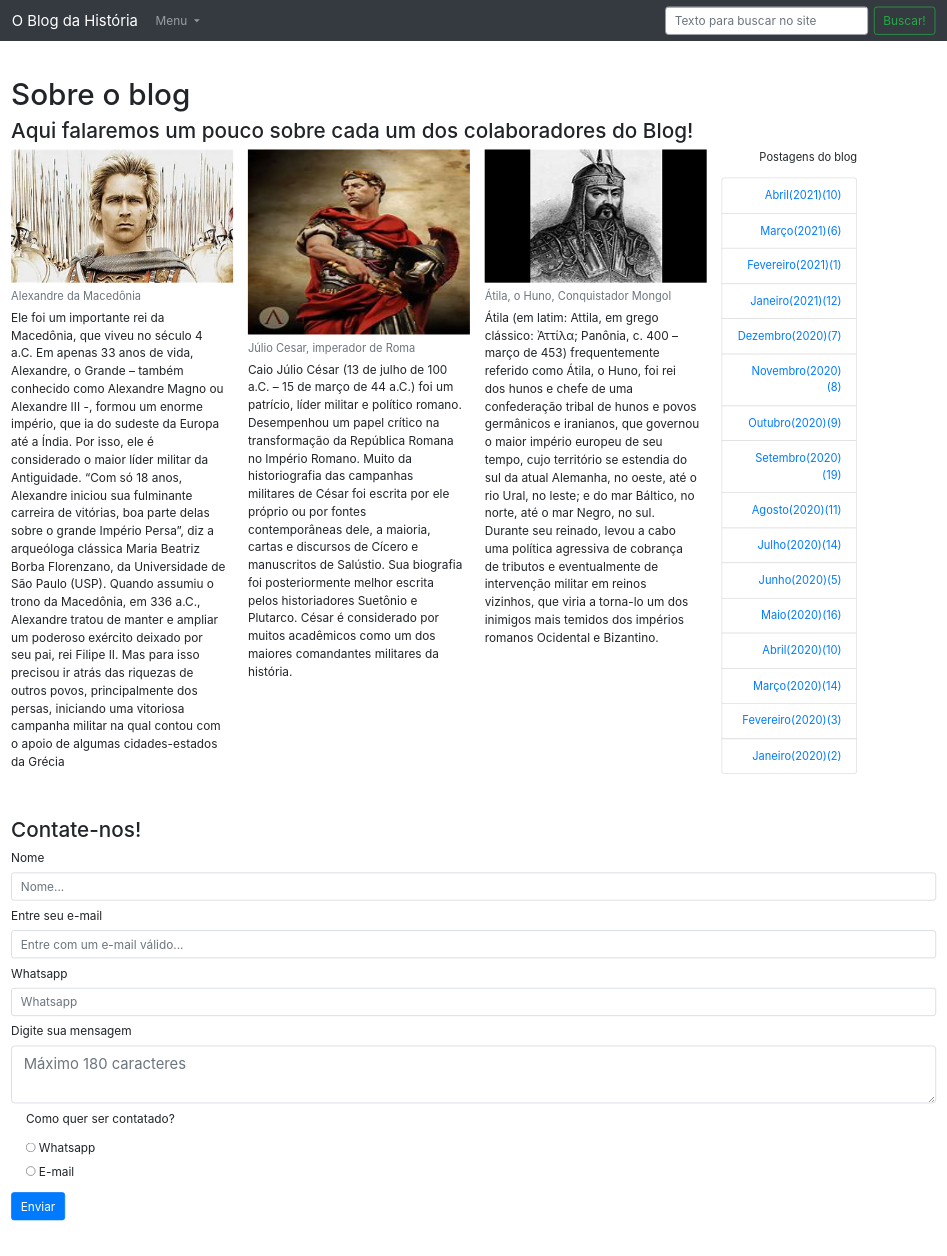
Repository: xhenrique/blog_layout_bootstrap
Page: source/sobre.html
The author's editor kept a copy of each file at every save. The page is drawn from the files as they stood at one save, then again after the next save.
The browser window is 1280 px wide. The pictures show the whole page, at 74% of full size.

Above is the page before, as saved 2021-04-25 03:38:19.

### source/sobre.html
<!DOCTYPE html>
<html lang="pt-br">
  <head>
    <meta charset="utf-8">
    <!-- Meta tags Obrigatórias , initial-scale=1, shrink-to-fit=no -->

    <meta name="viewport" content="width=device-width">

    <!-- Bootstrap CSS -->
    <link rel="stylesheet" href="https://stackpath.bootstrapcdn.com/bootstrap/4.1.3/css/bootstrap.min.css" integrity="sha384-MCw98/SFnGE8fJT3GXwEOngsV7Zt27NXFoaoApmYm81iuXoPkFOJwJ8ERdknLPMO" crossorigin="anonymous">
    <title>O Blog da História</title>
  </head>
  <body>
    <nav class="navbar navbar-expand-md navbar-dark bg-dark sticky-top">
        <a class = "navbar-brand" href="index.html">O Blog da História</a>

        <!--Especificações do que é cada um dos atributos!!!!!
            "aria-controls": define a relação entre os elementos, um elemento é pai e o outro filho, deve ser definido no pai, relacionando o filho;
            "data-target" : Define o que será exibido quando clicar na opção do menu;
            "data-toggle" : o que vai acontecer quando eu clicar em cima do botão, collapse, por exemplo, faz o botão expandir e retrair as opções;
            "aria-expanded" : Flag para o navegador informando que o elemento não está expandido;
            "aria-label" : é usado para definir uma string na tag do elemento atual.
        -->
        <button title="Menu" class="navbar-toggler" type="button" data-toggle="collapse" data-target="#navbarCfg" aria-controls="navbarCfg">
            <span class="navbar-toggler-icon"></span>
        </button>
        <div class="collapse navbar-collapse" id="navbarCfg">
            <ul class="navbar-nav mr-auto">
                <a class="nav-link dropdown-toggle" href="#" id="navbarDropdown" role="button" data-toggle="dropdown" aria-haspopup="true" aria-expanded="false">
                Menu
                </a>
                <div class="dropdown-menu" aria-labelledby="navbarDropdown">
                <a class="dropdown-item" href="index.html">Início</a>
                <a class="dropdown-item" href="sobre.html">Sobre</a>
                <a class="dropdown-item" href="posts.html">Postagens</a>
                <div class="dropdown-divider"></div>
                <p style="text-align: left; padding-left: 10px;"> Criado por: José Xavier<br/>UFPA - 2021</p>
                </div>
            </ul>
            <form class="form-inline my-2 my-lg-0">
            <input class="form-control mr-sm-2" type="search" placeholder="Texto para buscar no site" aria-label="Search">
            <button class="btn btn-outline-success my-2 my-sm-0" type="submit">Buscar!</button>
            </form>
        </div>
    </nav>

    <div class="container-fluid" id="sobreContainer">
        <div id="sobre_o_blog" class="text-left">
            <br/>
            <br/>
            <h1>Sobre o blog</h1>
            <h3>Aqui falaremos um pouco sobre cada um dos colaboradores do Blog!</h3>
        </div>
        <div class="row d-flex">
            <div class="col-md-3">
                <img class="figure-img" src="../img/alexandre.jpg" alt="Xandão"  style="height: 180px; width: 300px">
                <figcaption class="figure-caption" style="font-size: 15px; margin-bottom: 5px;">
                    Alexandre da Macedônia
                </figcaption>
                <p>Ele foi um importante rei da Macedônia, que viveu no século 4 a.C. Em apenas 33 anos de vida, Alexandre, o Grande – também conhecido como Alexandre Magno ou Alexandre III -, formou um enorme império, que ia do sudeste da Europa até a Índia. Por isso, ele é considerado o maior líder militar da Antiguidade. “Com só 18 anos, Alexandre iniciou sua fulminante carreira de vitórias, boa parte delas sobre o grande Império Persa”, diz a arqueóloga clássica Maria Beatriz Borba Florenzano, da Universidade de São Paulo (USP). Quando assumiu o trono da Macedônia, em 336 a.C., Alexandre tratou de manter e ampliar um poderoso exército deixado por seu pai, rei Filipe II. Mas para isso precisou ir atrás das riquezas de outros povos, principalmente dos persas, iniciando uma vitoriosa campanha militar na qual contou com o apoio de algumas cidades-estados da Grécia</p>
            </div>
            <div class="col-md-3">
                <img class="figure-img" src="../img/th.jfif" alt="imperador" style="height: 250px; width: 300px">
                <figcaption class="figure-caption" style="font-size: 15px; margin-bottom: 5px;">
                    Júlio Cesar, imperador de Roma
                </figcaption>
                <p>Caio Júlio César (13 de julho de 100 a.C. – 15 de março de 44 a.C.) foi um patrício, líder militar e político romano. Desempenhou um papel crítico na transformação da República Romana no Império Romano. Muito da historiografia das campanhas militares de César foi escrita por ele próprio ou por fontes contemporâneas dele, a maioria, cartas e discursos de Cícero e manuscritos de Salústio. Sua biografia foi posteriormente melhor escrita pelos historiadores Suetônio e Plutarco. César é considerado por muitos acadêmicos como um dos maiores comandantes militares da história.</p>
            </div>
            <div class="col-md-3">
                <img class="figure-img" src="../img/atila.jpg" alt="o_huno" style="height: 180px; width: 300px">
                <figcaption class="figure-caption" style="font-size: 15px; margin-bottom: 5px;">
                        Átila, o Huno, Conquistador Mongol
                </figcaption>
                <p>Átila (em latim: Attila, em grego clássico: Ἀττίλα; Panônia, c. 400 – março de 453) frequentemente referido como Átila, o Huno, foi rei dos hunos e chefe de uma confederação tribal de hunos e povos germânicos e iranianos, que governou o maior império europeu de seu tempo, cujo território se estendia do sul da atual Alemanha, no oeste, até o rio Ural, no leste; e do mar Báltico, no norte, até o mar Negro, no sul. Durante seu reinado, levou a cabo uma política agressiva de cobrança de tributos e eventualmente de intervenção militar em reinos vizinhos, que viria a torna-lo um dos inimigos mais temidos dos impérios romanos Ocidental e Bizantino.</p>
            </div>
                <div class="col-md-2">
                    <div class="text-right" style="font-size: 15px;">
                        <p>Postagens do blog</p>
                        <ul class="list-group">
                            <!--Javascript provavelmente entraria aqui, iterando sobre uma lista/matriz e exibindo a quantida de postagens por mês/ano-->
                            <li class="list-group-item"><a href="">Abril(2021)(10)</a></li>
                            <li class="list-group-item"><a href="">Março(2021)(6)</a></li>
                            <li class="list-group-item"><a href="">Fevereiro(2021)(1)</a></li>
                            <li class="list-group-item"><a href="">Janeiro(2021)(12)</a></li>
                            <li class="list-group-item"><a href="">Dezembro(2020)(7)</a></li>
                            <li class="list-group-item"><a href="">Novembro(2020)(8)</a></li>
                            <li class="list-group-item"><a href="">Outubro(2020)(9)</a></li>
                            <li class="list-group-item"><a href="">Setembro(2020)(19)</a></li>
                            <li class="list-group-item"><a href="">Agosto(2020)(11)</a></li>
                            <li class="list-group-item"><a href="">Julho(2020)(14)</a></li>
                            <li class="list-group-item"><a href="">Junho(2020)(5)</a></li>
                            <li class="list-group-item"><a href="">Maio(2020)(16)</a></li>
                            <li class="list-group-item"><a href="">Abril(2020)(10)</a></li>
                            <li class="list-group-item"><a href="">Março(2020)(14)</a></li>
                            <li class="list-group-item"><a href="">Fevereiro(2020)(3)</a></li>
                            <li class="list-group-item"><a href="">Janeiro(2020)(2)</a></li>
                        </ul>
                    </div>
                </div>
        </div>

        <form>
            <br/>
            <br/>

            <h3>
                Contate-nos!
            </h3>
            <div class="mb-2">
                <label for="nameInput" class="form-label">Nome</label>
                <input type="text" placeholder="Nome..." class="form-control" id="nameInput"  required>
            </div>
            <div class="mb-2">
                <label for="inputEmail" class="form-label">Entre seu e-mail</label>
                <input type="email" placeholder="Entre com um e-mail válido..." class="form-control" id="inputEmail"  required>
            </div>
              <div class="mb-2">
                <label for="wppInput" class="form-label">Whatsapp</label>
                <input type="tel" placeholder="Whatsapp" class="form-control" id="wppInput">
              </div>
              <div class="mb-2">
                <label for="msgInput" class="form-label">Digite sua mensagem</label>
                <textarea type="text" placeholder="Máximo 180 caracteres" maxlength="180" class="form-control form-control-lg" id="msgInput"></textarea>
              </div>
              <div class="mb-2 form-check">
                  <p>Como quer ser contatado?</p>
                  <input type="radio" id="wpp" name="whatsapp" value="Whatsapp">
                  <label for="wpp">Whatsapp</label><br>
                  <input type="radio" id="e-mail" name="email" value="E-mail">
                  <label for="e-mail">E-mail</label><br>
              </div>
              <button class="btn btn-primary" type="submit" aria-label="btnSubmmit">Enviar</button>
              <br>
              <br>
              <br>
        </form>
    </div>


    <!-- JavaScript (Opcional) -->
    <!-- jQuery primeiro, depois Popper.js, depois Bootstrap JS -->
    <script src="https://code.jquery.com/jquery-3.3.1.slim.min.js" integrity="sha384-q8i/X+965DzO0rT7abK41JStQIAqVgRVzpbzo5smXKp4YfRvH+8abtTE1Pi6jizo" crossorigin="anonymous"></script>
    <script src="https://cdnjs.cloudflare.com/ajax/libs/popper.js/1.14.3/umd/popper.min.js" integrity="sha384-ZMP7rVo3mIykV+2+9J3UJ46jBk0WLaUAdn689aCwoqbBJiSnjAK/l8WvCWPIPm49" crossorigin="anonymous"></script>
    <script src="https://stackpath.bootstrapcdn.com/bootstrap/4.1.3/js/bootstrap.min.js" integrity="sha384-ChfqqxuZUCnJSK3+MXmPNIyE6ZbWh2IMqE241rYiqJxyMiZ6OW/JmZQ5stwEULTy" crossorigin="anonymous"></script>
  </body>
</html>

After the next save:
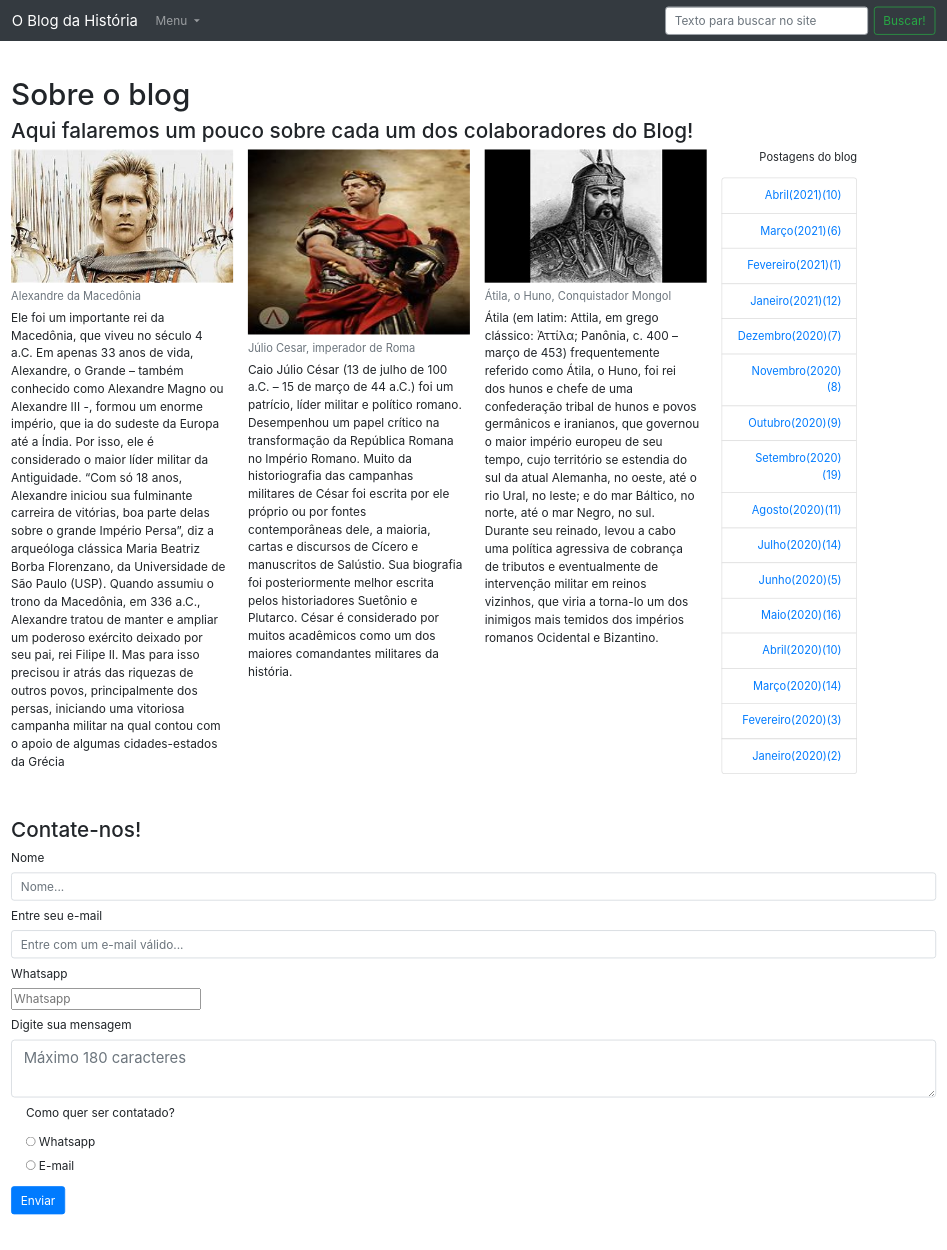
Saved 2 min 14 s later.
--- a/source/sobre.html
+++ b/source/sobre.html
@@ -116,7 +116,7 @@
             </div>
               <div class="mb-2">
                 <label for="wppInput" class="form-label">Whatsapp</label>
-                <input type="tel" placeholder="Whatsapp" class="form-control" id="wppInput">
+                <input type="tel" placeholder="Whatsapp" class="form-inline" id="wppInput">
               </div>
               <div class="mb-2">
                 <label for="msgInput" class="form-label">Digite sua mensagem</label>
